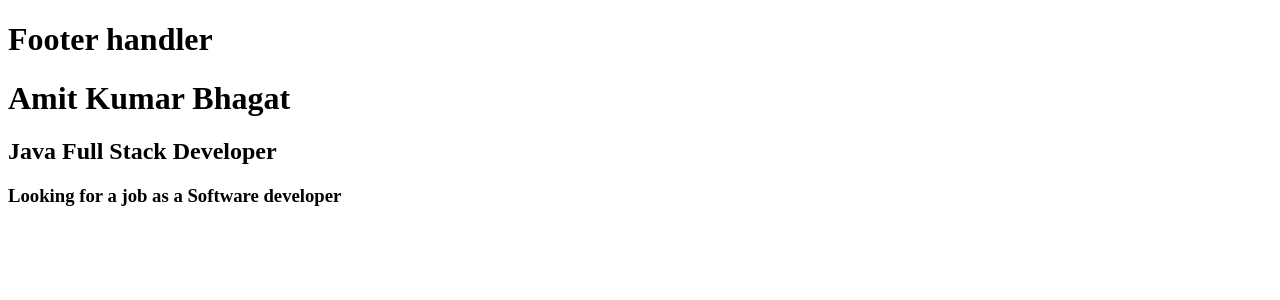
Repository: AmitKumarBhagat1/Spring-SpringBoot
Page: http://localhost/service
An editor plug-in stored every save of this project. The page is shown before and after the next save, followed by the edit.
The browser window is 1280 px wide. The pictures show the whole page.
The page is this project's Thymeleaf template; nobody is signed in. The template is opened directly, without the code that normally fills it, so the values that code supplies are empty.

Above is the page before, as saved 2024-07-01 18:09:48.

### thymeleaf/src/main/resources/templates/service.html
<!doctype html>
<html lang="en" xmlns:th="http://www.thymeleaf.org">
<head>
	<meta charset="UTF-8" />
	<title>footer</title>
</head>
<body>
	<h1>Footer handler</h1>
	<!-- adding footer using footer fragment -->
	<footer th:replace="footer::footer1"></footer>
</body>
</html>

### thymeleaf/src/main/resources/templates/footer.html
<!DOCTYPE html>
<html lang="en" xmlns:th="http://www.thymeleaf.org">
<head>
<meta charset="UTF-8">
<title>Footer template</title>
</head>
<body>
	<footer th:fragment="footer1">
	<div class="container">
		<h1>Amit Kumar Bhagat</h1>
		<h2>Java Full Stack Developer</h2>
		<h3>Looking for a job as a Software developer</h3>
	</div>

	</footer>
</body>
</html>

After the next save:
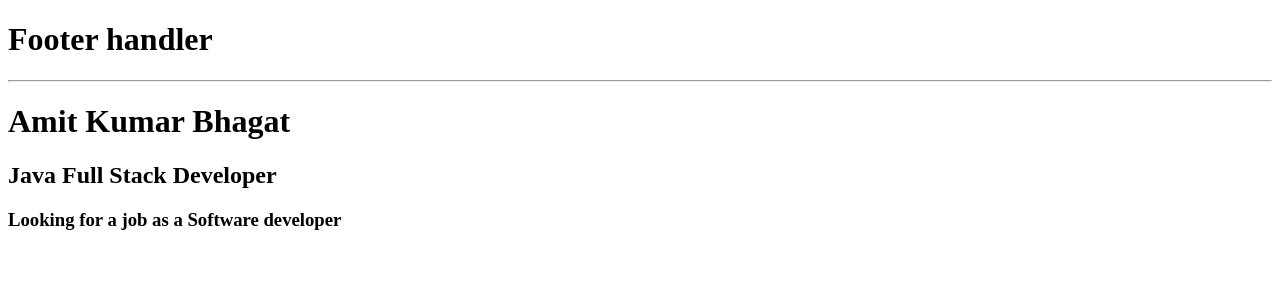
Saved 59 s later.
--- a/thymeleaf/src/main/resources/templates/footer.html
+++ b/thymeleaf/src/main/resources/templates/footer.html
@@ -7,7 +7,7 @@
 <body>
 	<footer th:fragment="footer1">
 	<div class="container">
-		<h1>Amit Kumar Bhagat</h1>
+		<hr><h1>Amit Kumar Bhagat</h1>
 		<h2>Java Full Stack Developer</h2>
 		<h3>Looking for a job as a Software developer</h3>
 	</div>
